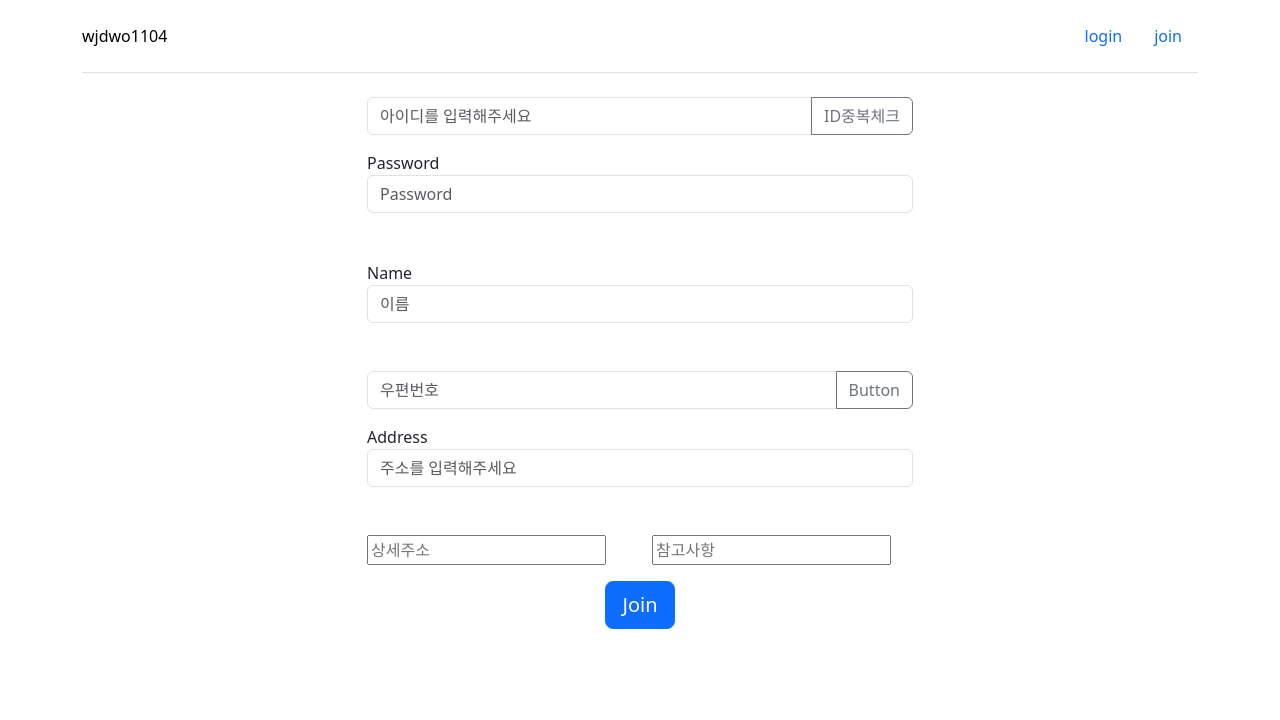
Repository: gain00/lecture1
Page: http://localhost/db-connect/join-form.jsp
The author's editor kept a copy of each file at every save. The page is drawn from the files as they stood at one save, then again after the next save.
The browser window is 1280 px wide. The pictures show the whole page.
The page is served by Tomcat 9. Other server files are loaded and not shown.

Above is the page before, as saved 2023-06-08 06:19:40.

### db-connect/src/main/webapp/join-form.jsp
<%@ page language="java" contentType="text/html; charset=UTF-8" pageEncoding="UTF-8"%> <%@include file = "include/header.jsp"%>
<script src="//t1.daumcdn.net/mapjsapi/bundle/postcode/prod/postcode.v2.js"></script>

<form action="join-process.jsp" method="post" class="join" name="joinForm">
  <div class="container-sm">
    <div class="row justify-content-center">
      <div class="col-6">
        <div class="input-group mb-3">
          <input type="text" class="form-control" placeholder="아이디를 입력해주세요" id="floatingInput" name="userId" />
          <button class="btn btn-outline-secondary" type="button" id="btnIdCheck">ID중복체크</button>
        </div>

        <div class="mb-5"><label for="floatingPassword">Password</label>
          <input type="password" class="form-control" name="userPw" id="floatingPassword" placeholder="Password" />

        </div>
        <div class="mb-5"> <label for="floatingName">Name</label>
          <input type="text" class="form-control" name="userName" id="floatingName" placeholder="이름" />

        </div>

        <div class="input-group mb-3">
          <input type="text" class="form-control" placeholder="우편번호" id="zonecode" name="zonecode" readonly />
          <button class="btn btn-outline-secondary" type="button" id="button-addon2" onclick="searchZonecode()">Button</button>
        </div>

        <div class="mb-5">
        <label for="floatingAddress">Address</label>
          <input type="text" class="form-control address" name="userAddress" id="floatingAddress" placeholder="주소를 입력해주세요" />

        </div>
        <div class="row mb-3">
          <div class="col">
            <input type="text" class="detailAddress" placeholder="상세주소" aria-label="First name" name="detailAddress" />
          </div>
          <div class="col">
            <input type="text" class="extraAddress" placeholder="참고사항" aria-label="Last name" name="extraAddress" />
          </div>
        </div>

        <div class="text-center"><button type="submit" id="btnSubmit" class="btn btn-primary btn-lg">Join</button></div>
      </div>
    </div>
  </div>
</form>
<script>
  const userId = document.querySelector(".userId");
  const btnIdCheck = document.querySelector("#btnIdCheck");
  const btnSubmit = document.querySelector("#btnSubmit");

  const JoinForm = document.forms.joinForm;

  let isDoubleCheck = false;

  btnSubmit.addEventListener("click", (e) => {
    if (joinForm.elements.userId.value.trim() === "") {
      e.preventDefault(); //기본동작을 막는 코드 여기선 submit
      alert("아이디를 입력하세요");
    } else if (joinForm.elements.userPw.value.trim() === "") {
      e.preventDefault();
      alert("비밀번호를 입력하세요");
    } else if (JoinForm.elements.userName.value.trim() === "") {
      e.preventDefault();
      alert("이름를 입력하세요");
    } else if (JoinForm.elements.zoncode.value.trim() === "") {
      e.preventDefault();
      alert("우편번호를 입력하세요");
    }
    console.log(isDoubleCheck);
    if (isDoubleCheck === false) {
      e.preventDefault();
      alert("아이디중복체크를해주세요");
      joinForm.elements.userId.focus(); //입력받을수있는상태로0
    }
  });

  btnIdCheck.addEventListener("click", () => {
	    //console.log(`idCheck.jsp?userId=${userId.value}`);
	    fetch("idCheck.jsp?userId=" + userId.value)
	      .then((response) => {
	        return response.json();
	      })
	      .then((data) => {
	        //console.log(data);
	        if (data.isOk) {
	          const result = confirm("쓸 수 있는 아이디입니다. 사용하시겠습니까?");
	          if (result) {
	            joinForm.elements.userId.setAttribute("readonly", true);
	            isDoubleCheck = true;
	          } else {
	            joinForm.elements.userId.value = "";
	            joinForm.elements.userId.focus();
	          }
	        } else {
	          alert("쓸 수 없는 아이디입니다.");
	          userId.value = "";
	          userId.focus();
	        }
	      });
	  });

  function searchZonecode() {
    new daum.Postcode({
      oncomplete: function (data) {
        // 팝업에서 검색결과 항목을 클릭했을때 실행할 코드를 작성하는 부분.

        // 각 주소의 노출 규칙에 따라 주소를 조합한다.
        // 내려오는 변수가 값이 없는 경우엔 공백('')값을 가지므로, 이를 참고하여 분기 한다.
        let addr = ""; // 주소 변수
        let extraAddr = ""; // 참고항목 변수

        //사용자가 선택한 주소 타입에 따라 해당 주소 값을 가져온다.
        if (data.userSelectedType === "R") {
          // 사용자가 도로명 주소를 선택했을 경우
          addr = data.roadAddress;
        } else {
          // 사용자가 지번 주소를 선택했을 경우(J)
          addr = data.jibunAddress;
        }

        // 사용자가 선택한 주소가 도로명 타입일때 참고항목을 조합한다.
        if (data.userSelectedType === "R") {
          // 법정동명이 있을 경우 추가한다. (법정리는 제외)
          // 법정동의 경우 마지막 문자가 "동/로/가"로 끝난다.
          if (data.bname !== "" && /[동|로|가]$/g.test(data.bname)) {
            extraAddr += data.bname;
          }
          // 건물명이 있고, 공동주택일 경우 추가한다.
          if (data.buildingName !== "" && data.apartment === "Y") {
            extraAddr += extraAddr !== "" ? ", " + data.buildingName : data.buildingName;
          }
          // 표시할 참고항목이 있을 경우, 괄호까지 추가한 최종 문자열을 만든다.
          if (extraAddr !== "") {
            extraAddr = " (" + extraAddr + ")";
          }
          // 조합된 참고항목을 해당 필드에 넣는다.
          document.querySelector(".extraAddress").value = extraAddr;
        } else {
          document.querySelector(".extraAddress").value = "";
        }

        // 우편번호와 주소 정보를 해당 필드에 넣는다.
        document.querySelector("#zonecode").value = data.zonecode;
        document.querySelector(".address").value = addr;
        // 커서를 상세주소 필드로 이동한다.
        document.querySelector(".address").focus();
      },
    }).open();
  }
</script>

<%@ include file = "include/footer.jsp" %>

### db-connect/src/main/webapp/include/header.jsp
<%@ page language="java" contentType="text/html; charset=UTF-8" pageEncoding="UTF-8"%>
<%
	String loggedUserId = (String) session.getAttribute("loggedUserId");
	String loggedUserName = (String) session.getAttribute("loggedUserName");

	//pageContext < requset < session < applicationContext
%>


<!DOCTYPE html>
<html>
  <head>
    <meta charset="UTF-8" />
    <title>Insert title here</title>
    <link rel="stylesheet" href="css/bootstrap.min.css" />
    <script src="js/bootstrap.bundle.min.js"></script>
    <script src="//t1.daumcdn.net/mapjsapi/bundle/postcode/prod/postcode.v2.js"></script>
  </head>
  <body>
    <div class="container">
    <header class="d-flex flex-wrap justify-content-center py-3 mb-4 border-bottom">
      <a href="/" class="d-flex align-items-center mb-3 mb-md-0 me-md-auto link-body-emphasis text-decoration-none">
        wjdwo1104
      </a>

      <ul class="nav nav-pills">
      	<%  if( loggedUserId == null ) { %>
        <li class="nav-item"><a href="login-form.jsp" class="nav-link">login</a></li>
        <li class="nav-item"><a href="join-form.jsp" class="nav-link">join</a></li>
        <% } else { %>
        <li class="nav-item"><a href="logout.jsp" class="nav-link">logout</a></li>
        <li class="nav-item"><a href="info.jsp" class="nav-link">이정재</a></li>
        <% } %>
      </ul>
    </header>
  </div>

Loaded but not shown: db-connect/src/main/webapp/include/footer.jsp (common file); db-connect/src/main/webapp/css/bootstrap.min.css (library); db-connect/src/main/webapp/js/bootstrap.bundle.min.js (library)

After the next save:
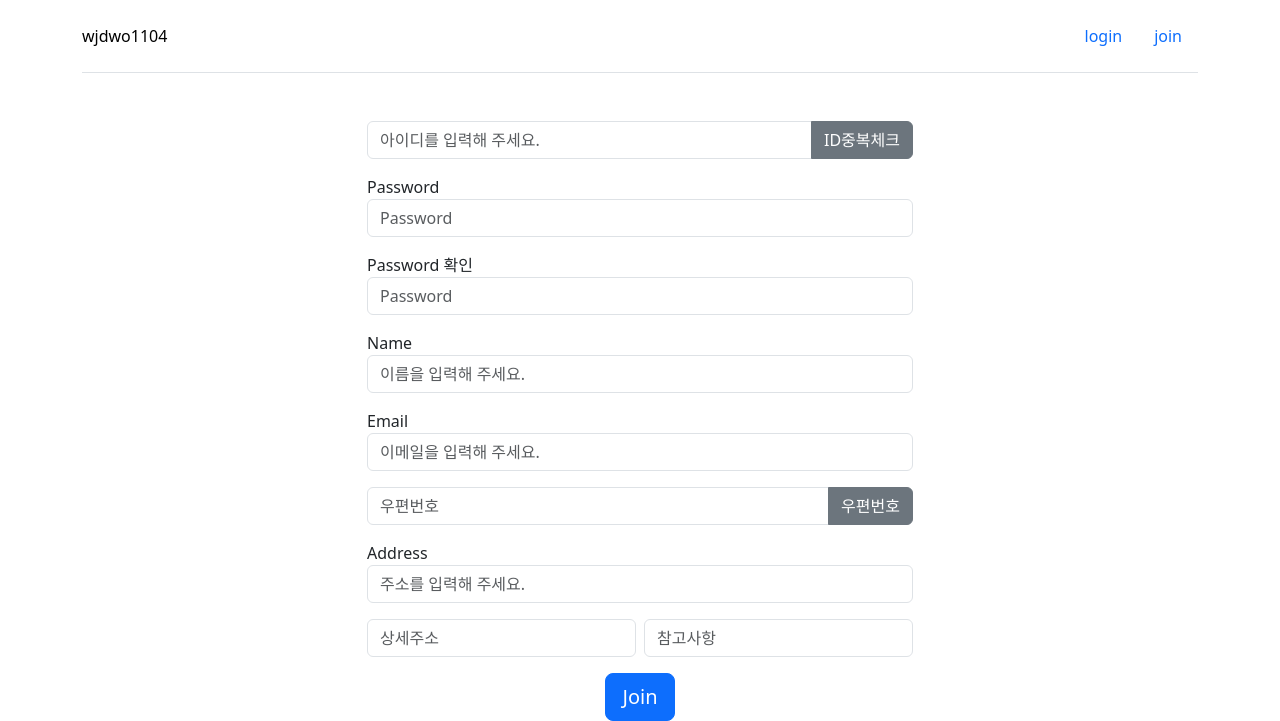
Saved 78 s later.
--- a/db-connect/src/main/webapp/join-form.jsp
+++ b/db-connect/src/main/webapp/join-form.jsp
@@ -2,43 +2,49 @@
 <script src="//t1.daumcdn.net/mapjsapi/bundle/postcode/prod/postcode.v2.js"></script>
 
 <form action="join-process.jsp" method="post" class="join" name="joinForm">
-  <div class="container-sm">
+  <div class="container-sm mt-5">
     <div class="row justify-content-center">
       <div class="col-6">
         <div class="input-group mb-3">
-          <input type="text" class="form-control" placeholder="아이디를 입력해주세요" id="floatingInput" name="userId" />
-          <button class="btn btn-outline-secondary" type="button" id="btnIdCheck">ID중복체크</button>
+          <input type="text" name="userId" class="form-control userId" id="floatingInput" placeholder="아이디를 입력해 주세요." />
+          <button class="btn btn-secondary" type="button" id="btnIdCheck">ID중복체크</button>
         </div>
-
-        <div class="mb-5"><label for="floatingPassword">Password</label>
-          <input type="password" class="form-control" name="userPw" id="floatingPassword" placeholder="Password" />
-
+        <div class="mb-3">
+          <label for="floatingPassword">Password</label>
+          <input type="password" name="userPw" class="form-control" id="floatingPassword" placeholder="Password" />
         </div>
-        <div class="mb-5"> <label for="floatingName">Name</label>
-          <input type="text" class="form-control" name="userName" id="floatingName" placeholder="이름" />
-
+        <div class="mb-3">
+          <label for="floatingPassword02">Password 확인</label>
+          <input type="password" name="userPw02" class="form-control" id="floatingPassword02" placeholder="Password" />
+        </div>
+        <div class="mb-3">
+          <label for="floatingName">Name</label>
+          <input type="text" name="userName" class="form-control" id="floatingName" placeholder="이름을 입력해 주세요." />
+        </div>
+        <div class="mb-3">
+          <label for="floatingMail">Email</label>
+          <input type="text" name="userEmail" class="form-control" id="floatingMail" placeholder="이메일을 입력해 주세요." />
         </div>
 
         <div class="input-group mb-3">
-          <input type="text" class="form-control" placeholder="우편번호" id="zonecode" name="zonecode" readonly />
-          <button class="btn btn-outline-secondary" type="button" id="button-addon2" onclick="searchZonecode()">Button</button>
+          <input type="text" class="form-control" id="zonecode" placeholder="우편번호" name="zonecode" readonly />
+          <button class="btn btn-secondary" type="button" id="button-addon2" onclick="searchZonecode()">우편번호</button>
         </div>
-
-        <div class="mb-5">
-        <label for="floatingAddress">Address</label>
-          <input type="text" class="form-control address" name="userAddress" id="floatingAddress" placeholder="주소를 입력해주세요" />
-
+        <div class="mb-3">
+          <label for="floatingAddress">Address</label>
+          <input type="text" name="userAddress" class="form-control address" id="floatingAddress" placeholder="주소를 입력해 주세요." />
         </div>
-        <div class="row mb-3">
+        <div class="row mb-3 g-2">
           <div class="col">
-            <input type="text" class="detailAddress" placeholder="상세주소" aria-label="First name" name="detailAddress" />
+            <input type="text" class="form-control detailAddress" placeholder="상세주소" name="detailAddress" />
           </div>
           <div class="col">
-            <input type="text" class="extraAddress" placeholder="참고사항" aria-label="Last name" name="extraAddress" />
+            <input type="text" class="form-control extraAddress" placeholder="참고사항" name="extraAddress" />
           </div>
         </div>
-
-        <div class="text-center"><button type="submit" id="btnSubmit" class="btn btn-primary btn-lg">Join</button></div>
+        <div class="text-center">
+          <button type="submit" id="btnSubmit" class="btn btn-primary btn-lg">Join</button>
+        </div>
       </div>
     </div>
   </div>

After the 3 saves that followed:
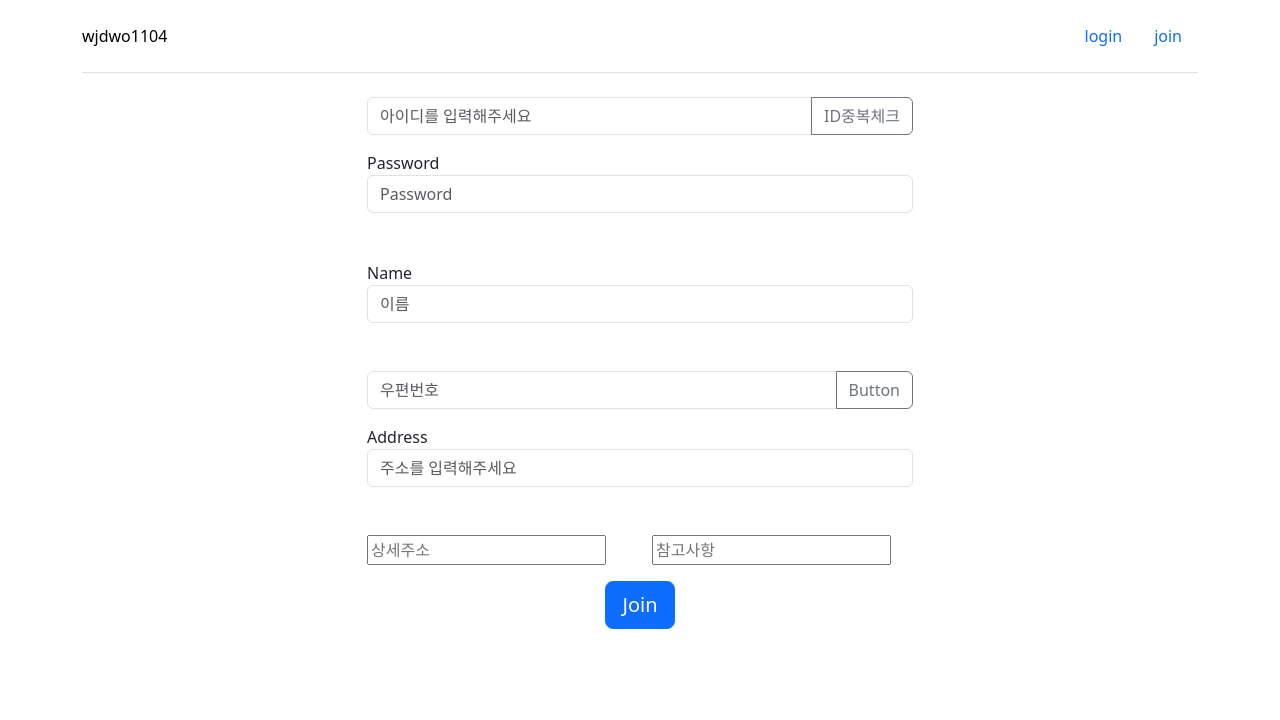
The 3 saves are shown as one change because 2 left the picture as it was.
The last was saved 11 min 21 s later.
--- a/db-connect/src/main/webapp/join-form.jsp
+++ b/db-connect/src/main/webapp/join-form.jsp
@@ -2,49 +2,43 @@
 <script src="//t1.daumcdn.net/mapjsapi/bundle/postcode/prod/postcode.v2.js"></script>
 
 <form action="join-process.jsp" method="post" class="join" name="joinForm">
-  <div class="container-sm mt-5">
+  <div class="container-sm">
     <div class="row justify-content-center">
       <div class="col-6">
         <div class="input-group mb-3">
-          <input type="text" name="userId" class="form-control userId" id="floatingInput" placeholder="아이디를 입력해 주세요." />
-          <button class="btn btn-secondary" type="button" id="btnIdCheck">ID중복체크</button>
+          <input type="text" class="form-control" placeholder="아이디를 입력해주세요" id="floatingInput" name="userId" />
+          <button class="btn btn-outline-secondary" type="button" id="btnIdCheck">ID중복체크</button>
         </div>
-        <div class="mb-3">
-          <label for="floatingPassword">Password</label>
-          <input type="password" name="userPw" class="form-control" id="floatingPassword" placeholder="Password" />
+
+        <div class="mb-5"><label for="floatingPassword">Password</label>
+          <input type="password" class="form-control" name="userPw" id="floatingPassword" placeholder="Password" />
+
         </div>
-        <div class="mb-3">
-          <label for="floatingPassword02">Password 확인</label>
-          <input type="password" name="userPw02" class="form-control" id="floatingPassword02" placeholder="Password" />
-        </div>
-        <div class="mb-3">
-          <label for="floatingName">Name</label>
-          <input type="text" name="userName" class="form-control" id="floatingName" placeholder="이름을 입력해 주세요." />
-        </div>
-        <div class="mb-3">
-          <label for="floatingMail">Email</label>
-          <input type="text" name="userEmail" class="form-control" id="floatingMail" placeholder="이메일을 입력해 주세요." />
+        <div class="mb-5"> <label for="floatingName">Name</label>
+          <input type="text" class="form-control" name="userName" id="floatingName" placeholder="이름" />
+
         </div>
 
         <div class="input-group mb-3">
-          <input type="text" class="form-control" id="zonecode" placeholder="우편번호" name="zonecode" readonly />
-          <button class="btn btn-secondary" type="button" id="button-addon2" onclick="searchZonecode()">우편번호</button>
+          <input type="text" class="form-control" placeholder="우편번호" id="zonecode" name="zonecode" readonly />
+          <button class="btn btn-outline-secondary" type="button" id="button-addon2" onclick="searchZonecode()">Button</button>
         </div>
-        <div class="mb-3">
-          <label for="floatingAddress">Address</label>
-          <input type="text" name="userAddress" class="form-control address" id="floatingAddress" placeholder="주소를 입력해 주세요." />
+
+        <div class="mb-5">
+        <label for="floatingAddress">Address</label>
+          <input type="text" class="form-control address" name="userAddress" id="floatingAddress" placeholder="주소를 입력해주세요" />
+
         </div>
-        <div class="row mb-3 g-2">
+        <div class="row mb-3">
           <div class="col">
-            <input type="text" class="form-control detailAddress" placeholder="상세주소" name="detailAddress" />
+            <input type="text" class="detailAddress" placeholder="상세주소" aria-label="First name" name="detailAddress" />
           </div>
           <div class="col">
-            <input type="text" class="form-control extraAddress" placeholder="참고사항" name="extraAddress" />
+            <input type="text" class="extraAddress" placeholder="참고사항" aria-label="Last name" name="extraAddress" />
           </div>
         </div>
-        <div class="text-center">
-          <button type="submit" id="btnSubmit" class="btn btn-primary btn-lg">Join</button>
-        </div>
+
+        <div class="text-center"><button type="submit" id="btnSubmit" class="btn btn-primary btn-lg">Join</button></div>
       </div>
     </div>
   </div>
